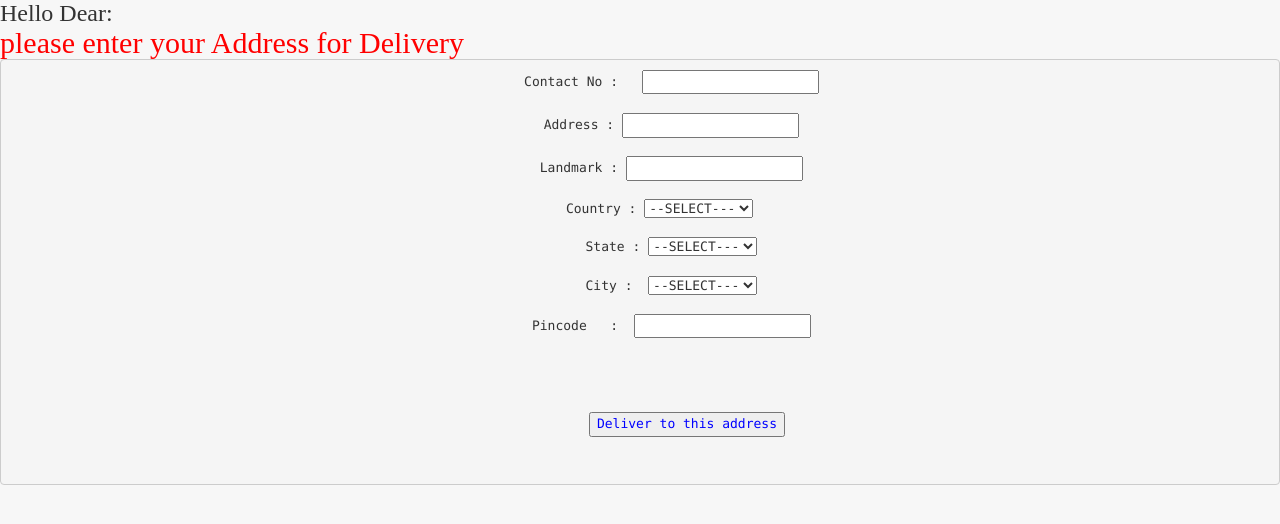
Repository: rasoolshaik06/ecom-application
Page: http://localhost/proceed
An editor plug-in stored every save of this project. The page is shown before and after the next save, followed by the edit.
The browser window is 1280 px wide. The pictures show the whole page.
Some web fonts or font styles are not loaded; a fallback is used. The page is this project's Thymeleaf template; nobody is signed in. The template is opened directly, without the code that normally fills it, so the values that code supplies are empty.

Above is the page before, as saved 2020-05-27 11:36:35.

### ProductManager/src/main/resources/templates/proceed.html
<!DOCTYPE html>
<html>
<head>
<meta charset="ISO-8859-1">
<title>proceed product</title>

<script src="https://ajax.googleapis.com/ajax/libs/jquery/3.4.1/jquery.min.js"></script>
<link href="css/bootstrap.css" rel='stylesheet' type='text/css' />
<!-- jQuery (necessary for Bootstrap's JavaScript plugins) -->
<script src="js/jquery.min.js"></script>
<!-- Custom Theme files -->
<link href="css/style.css" rel="stylesheet" type="text/css" media="all" />
<!-- Custom Theme files -->
<meta name="viewport" content="width=device-width, initial-scale=1">
<meta http-equiv="Content-Type" content="text/html; charset=utf-8" />
<meta name="keywords" content="BOX SHOP Responsive web template, Bootstrap Web Templates, Flat Web Templates, Andriod Compatible web template,
Smartphone Compatible web template, free webdesigns for Nokia, Samsung, LG, SonyErricsson, Motorola web design" />
<script type="application/x-javascript"> addEventListener("load", function() { setTimeout(hideURLbar, 0); }, false); function hideURLbar(){ window.scrollTo(0,1); } </script>
<!--webfont-->
<link href='http://fonts.googleapis.com/css?family=Merriweather:400,300,300italic,400italic,700,700italic,900,900italic' rel='stylesheet' type='text/css'>
<link href='http://fonts.googleapis.com/css?family=Open+Sans:300italic,400italic,600italic,700italic,800italic,400,300,600,700,800' rel='stylesheet' type='text/css'>
<!-- start menu -->
<link href="css/megamenu.css" rel="stylesheet" type="text/css" media="all" />
<script type="text/javascript" src="js/megamenu.js"></script>
<script>$(document).ready(function(){$(".megamenu").megamenu();});</script>
<!-- start slider -->
<script src="js/responsiveslides.min.js"></script>

<link rel="stylesheet" href="../css/etalage.css">
<script src="../js/jquery.etalage.min.js"></script>
<script>
	jQuery(document)
			.ready(
					function($) {

						$('#etalage')
								.etalage(
										{
											thumb_image_width : 300,
											thumb_image_height : 400,
											source_image_width : 800,
											source_image_height : 1000,
											show_hint : true,
											click_callback : function(
													image_anchor, instance_id) {
												alert('Callback example:\nYou clicked on an image with the anchor: "'
														+ image_anchor
														+ '"\n(in Etalage instance: "'
														+ instance_id + '")');
											}
										});

					});
</script>
<link rel="stylesheet" href="../css/flexslider.css" type="text/css"
	media="screen" />
<script type="text/javascript">
	$(window).load(function() {
		$("#flexiselDemo").flexisel({
			visibleItems : 4,
			animationSpeed : 1000,
			autoPlay : true,
			autoPlaySpeed : 3000,
			pauseOnHover : true,
			enableResponsiveBreakpoints : true,
			responsiveBreakpoints : {
				portrait : {
					changePoint : 480,
					visibleItems : 1
				},
				landscape : {
					changePoint : 640,
					visibleItems : 2
				},
				tablet : {
					changePoint : 768,
					visibleItems : 3
				}
			}
		});

	});
</script>
<script type="text/javascript" src="../js/jquery.flexisel.js"></script>
</head>

<script>
$(document).ready(function(){
  $("#country").change(function(){
   // alert("hiii country");
    var countryId = $(this).val();
    //alert(countryId);
    $.ajax({
		type: 'GET',
		url: '/getStates/' + countryId,
		success: function(result) {
			//alert("successed..");
			//alert(result[0].productSubCat)

			var s = '<option value=""> --SELECT--- </option>';
			for(var i = 0; i < result.length; i++) {
				s += '<option value="' + result[i].stateId + '">' + result[i].name + '</option>';
			}

			//alert(s);
			$('#state').html(s);

		}
    });

  });

  $("#state").change(function(){
	    //alert("hiii state");
	    var stateId = $(this).val();
	   // alert(stateId);
	    $.ajax({
			type: 'GET',
			url: '/getCities/' + stateId,
			success: function(result) {
				//alert("successed..");
				//alert(result[0].productSubCat)

				var s = '<option value=""> --SELECT--- </option>';
				for(var i = 0; i < result.length; i++) {
					s += '<option value="' + result[i].cityId + '">' + result[i].name + '</option>';
				}

				//alert(s);
				$('#city').html(s);

			}
	    });

	  });

});
</script>

</head>
<body>


<h3 >Hello Dear:  <span th:text="${user}"></span> </h3>

<!-- <h2 style="color:red;">please Select Some address</h2>

		 	<div th:if="${ads.empty}">
				<p colspan="4"><span style="color:red">No address available</span></p>
				<hr>
			</div> -->
			<div align="center" th:each="cat,catStatus : ${ads}">
				<p style="color:red;">address is <span th:text="${catStatus.index+1}"></span></p>
				<p>H.No : <span th:text="${cat.address}"></span></p>
				<p>Land mark :  <span th:text="${cat.landmark}"></span></p>
				<p>Pin code : <span th:text="${cat.pincode}"></span></p>

				<button style="color: blue;"><a style="text-decoration: none;" href="/buy">Deliver to this address</a></button>

				<hr style="width:20%;text-align:center;">

			</div>

<h2 style="color:red;">please enter your Address for Delivery</h2>


<form action="#" th:object="${add}" method="post" align="center">
		<pre>
	Contact No :   <input type="text" th:field="*{contactNo}">

	Address : <input type="text" th:field="*{address}">

	Landmark : <input type="text" th:field="*{landmark}">

	Country : <select th:field="*{countryId}" id="country">
                         <option value=""> --SELECT--- </option>
                         <option th:each="cat : ${countries}"
                            th:value="${cat.countryId}"
                            th:text="${cat.name}"/>
                  </select>

	State : <select th:field="*{stateId}" id="state">
                         <option value=""> --SELECT--- </option>
                  </select>

	City :	<select th:field="*{cityId}" id="city">
                         <option value=""> --SELECT--- </option>
                  </select>

	Pincode   :  <input type="text" th:field="*{pincode}">




	    <button style="color: blue;">Deliver to this address</button>

	</pre>
	</form>

</body>
</html>

### ProductManager/src/main/resources/static/css/megamenu.css
.megamenu{margin-bottom:0px;padding:0;width:100%;list-style:none;display:inline-block;position:relative;font-size:15px}
.megamenu li{margin-bottom:-5px;display:inline}
.megamenu>li>a{float:left;padding:6px 16px;text-decoration:none;text-transform:capitalize;font-size:1em; -webkit-transition: all 0.3s ease-in-out;
	-moz-transition: all 0.3s ease-in-out;
	-o-transition: all 0.3s ease-in-out;
	transition: all 0.3s ease-in-out;
}
.megamenu>li.active>a{color:#00405d;}
.megamenu>li.right{float:right}
.megamenu .dropdown,.megamenu .dropdown li .dropdown{list-style:none;margin:0;padding:0;display:none;position:absolute;z-index:999;width:160px;border:solid 1px rgba(0,0,0,0.1);background:#fff}
.megamenu .dropdown{top:59px}
.megamenu .dropdown li .dropdown{left:160px;top:inherit}
.megamenu .dropdown li{clear:both;width:100%;border-bottom:solid 1px rgba(0,0,0,0.1)}
.megamenu .dropdown li:last-child{border-bottom:0}
.megamenu .dropdown li a{float:left;width:100%;padding:10px 25px;text-decoration:none;display:block;border:0 none;font-size:14px;color:#444;background:0;-webkit-box-sizing:border-box;-moz-box-sizing:border-box;box-sizing:border-box;transition:color .4s ease-in-out;-moz-transition:color .4s ease-in-out;-webkit-transition:color .4s ease-in-out;-o-transition:color .4s ease-in-out}
.megamenu .dropdown li:hover>a{background:#dbdbdb}
.megamenu>li>.megapanel{position:absolute;display:none;background:#ffffff;box-shadow: 0px 2px 4px #777; width:100.2%;top:33px;left:0px;z-index:99;padding:20px 30px 20px;-webkit-box-sizing:border-box;-moz-box-sizing:border-box;box-sizing:border-box}
.megamenu .megapanel ul{margin:0;padding:0}
.megamenu .megapanel img{width:100%;border:solid 1px #dedede;cursor:pointer;-webkit-transition:border .3s linear;-moz-transition:border .3s linear;-o-transition:border .3s linear;transition:border .3s linear}.megamenu .megapanel img:hover{border:solid 1px #777}.megamenu form.contact input,.megamenu form.contact textarea{font-family:Calibri,Arial;font-size:16px;color:#444;outline:0}
.megamenu form.contact input[type="text"],
.megamenu form.contact textarea{resize:none;width:100%;margin:10px 0;padding:5px 10px;border:solid 1px #dedede;-webkit-box-sizing:border-box;-moz-box-sizing:border-box;box-sizing:border-box;-webkit-transition:border .3s linear;-moz-transition:border .3s linear;-o-transition:border .3s linear;transition:border .3s linear}
.megamenu form.contact input[type="text"]{height:40px}
.megamenu form.contact input[type="text"]:focus,
.megamenu form.contact textarea:focus{border:solid 1px #999}
.megamenu form.contact input[type="submit"]{width:100px;height:35px;border:0;color:#fff;cursor:pointer;background:#999}
.megapanel .row{width:100%;margin-top:15px}
.megapanel .row:first-child{margin-top:0}
.megapanel .row:before,.megapanel .row:after{display:table;content:"";line-height:0}
.megapanel .row:after{clear:both}
.megapanel .row .col1,.megapanel .row .col2,.megapanel .row .col3,.megapanel .row .col4,.megapanel .row .col5,.megapanel .row .col6{display:block;width:100%;min-height:20px;float:left;margin-left:2.127659574468085%;-webkit-box-sizing:border-box;-moz-box-sizing:border-box;box-sizing:border-box}
.megapanel .row [class*="col"]:first-child{margin-left:0}
.megapanel .row .col1{width:100%}
.megapanel .row .col2{width:31.914893617021278%}
.megapanel .row .col3{width:48.93617021276595%}
.megapanel .row .col4{width:65.95744680851064%}
.megapanel .row .col5{width:82.97872340425532%}
.megapanel .row .col6{width:100%}
.megamenu>li.showhide{display:none;width:100%;height:50px;cursor:pointer;color:#555;background:#eee;background:url(data:[embedded picture, 658 characters]);background:-moz-linear-gradient(top,#eee 0,#dbdbdb 100%);background:-webkit-gradient(linear,left top,left bottom,color-stop(0%,#eee),color-stop(100%,#dbdbdb));background:-webkit-linear-gradient(top,#eee 0,#dbdbdb 100%);background:-o-linear-gradient(top,#eee 0,#dbdbdb 100%);background:-ms-linear-gradient(top,#eee 0,#dbdbdb 100%);background:linear-gradient(to bottom,#eee 0,#dbdbdb 100%);filter:progid:DXImageTransform.Microsoft.gradient(startColorstr='#eeeeee',endColorstr='#dbdbdb',GradientType=0)}
.megamenu>li.showhide span.title{margin:15px 0 0 25px;float:left}.megamenu>li.showhide span.icon1:after{position:absolute;content:"";right:25px;top:15px;height:3px;width:25px;font-size:50px;border-top:3px solid #333;border-bottom:3px solid #333;z-index:1}
.megamenu>li.showhide span.icon2:after{position:absolute;content:"";right:25px;top:27px;height:3px;width:25px;font-size:50px;border-top:3px solid #333;border-bottom:3px solid #333;z-index:1}
.skyblue,.skyblue>li.showhide{
}

.skyblue li>a,.skyblue>li.showhide span{color:#555}
.skyblue>li:hover>a,.skyblue .dropdown li:hover>a{color:#555; background:#ffffff;}.
skyblue .megapanel img:hover,.skyblue form.contact input[type="text"]:focus,.skyblue form.contact textarea:focus{}
.skyblue form.contact input[type="submit"]{background:#00405d;text-transform:uppercase;}
@media(max-width:1024px){
	.megamenu>li>a {
		padding: 8px 16px;
	}
}
@media(max-width:800px){
	.megamenu>li>a {
		padding: 8px 8px;
	}
}
@media(max-width:768px){
	.megamenu>li{display:block;width:100%;border-bottom:solid 1px rgba(0,0,0,0.1);box-sizing:border-box;-moz-box-sizing:border-box;-webkit-box-sizing:border-box}
	.megamenu>li:hover,.megamenu>li.active{border-top:0}
	.megamenu>li>a{padding:15px 25px}
	.megamenu>li:hover>a,.megamenu>li.active>a{padding:15px 25px}
	.megamenu a{width:100%;box-sizing:border-box;-moz-box-sizing:border-box;-webkit-box-sizing:border-box}
	.megamenu .dropdown,.megamenu .dropdown li .dropdown{width:100%;display:none;left:0;border-left:0;position:static;border:0;box-sizing:border-box;-moz-box-sizing:border-box;-webkit-box-sizing:border-box}
	.megamenu .dropdown li{background:#fff!important;border:0}
	.megamenu .dropdown>li>a{padding-left:40px!important}
	.megamenu>li>.megapanel{position:static;margin-top:50px}
	.megapanel .row [class*="col"]{float:none;display:block;width:100%;margin-left:0;margin-top:15px;-webkit-box-sizing:border-box;-moz-box-sizing:border-box;box-sizing:border-box}
	.megapanel .row:first-child [class*="col"]:first-child{margin-top:0}
	.megapanel .row{margin-top:0}.black{background:#222}
	.megamenu>li.showhide span.title {
		margin: 10px 0 0 15px;
	}
	.megamenu>li.showhide span.icon1:after {
		top: 12px;
		right:15px;
	}
	.megamenu>li.showhide span.icon2:after {
	    top:23px;
	    right:15px;
	}
	.megamenu>li.showhide {
		height: 40px;
	}
}
/* start megamenu colors */
.skyblue li a.color1:hover{
	background:#EF5F21;
	color: #ffffff;
}
.skyblue li a.color2:hover{
	background:#589D3E;
	color: #ffffff;
}
.skyblue li a.color3:hover{
	background:#00ACED;
	color: #ffffff;
}
.skyblue li a.color4:hover{
	background:#D61F85;
	color: #ffffff;
}
.skyblue li a.color5:hover{
	background:#F89F1B;
	color: #ffffff;
}
.skyblue li a.color6:hover{
	background:#00677C;
	color: #ffffff;
}
.skyblue li a.color7:hover{
	background:#D5331D;
	color: #ffffff;
}
.skyblue li a.color8:hover{
	background:#00405d;
	color: #ffffff;
}
.skyblue li a.color9:hover{
	background:#9CB43A;
	color: #ffffff;
}
.skyblue li a.color10:hover{
	background:#26BC85;
	color: #ffffff;
}
/*-- responsive-design-starts-here --*/

@media screen and (max-width: 1366px) {
	.megamenu>li>a {
		padding: 6px 15px;
	}
	.megamenu>li>.megapanel {
		top: 30px;
	}
}
@media screen and (max-width: 1280px) {
	.megamenu>li>a {
		padding: 6px 14px;
	}
}
@media screen and (max-width: 1024px) {
	.megamenu>li>a {
		padding: 6px 7px;
	}
	.megamenu>li>.megapanel {
		width: 111.2%;
		left: -50px;
	}
}
@media screen and (max-width: 800px) {
	.megamenu>li>a {
		padding: 6px 4px;
	}
	.megamenu>li>.megapanel {
		width: 100%;
		left: 3px;
	}
}
@media screen and (max-width: 768px) {
.megapanel .row .col1, .megapanel .row .col2, .megapanel .row .col3, .megapanel .row .col4, .megapanel .row .col5, .megapanel .row .col6{
	min-height:0;
}
}

### ProductManager/src/main/resources/static/css/etalage.css
/*
 * Title: jQuery Etalage plugin CSS
 * Author: Berend de Jong, Frique
 * Author URI: http://www.frique.me/
 * Version: 1.3.1 (20120705.1)
 *
 * ------------------------------------ STYLE ------------------------------------
 * Edit this section to style your thumbnails, zoom area, magnifier etc.
 * If the id of your Etalage instance is different, do a find/replace on #etalage.
 * -------------------------------------------------------------------------------
 */

/* Etalage container (large thumb + small thumbs): */
#etalage{
	display: none;
}

/* Large thumbnail: */
#etalage .etalage_thumb{
	background: white url(../images/loading.gif) center no-repeat;

}

/* Large thumbnail - image (in case you want to add a border around the image within the frame) */
#etalage .etalage_thumb_image{ }

/* Small thumbnails: */
#etalage .etalage_small_thumbs li{

	border: 1px solid #BBC4C9;
	margin: 10px;
	border-radius:5px;
	cursor:pointer;
}
/* The one on the left that makes them slide */
#etalage ul li.etalage_smallthumb_first{ }
/* The one on the right that makes them slide */
#etalage ul li.etalage_smallthumb_last{ }
/* The currently active one */
#etalage ul li.etalage_smallthumb_active{

}

/* Zoomed image area: */
#etalage .etalage_zoom_area,
.etalage_zoom_area{
	background: white url(../images/loading.gif) center no-repeat;

}

/* Magnifier area (thumbnail hovering rectangle): */
#etalage .etalage_magnifier{
	background: white;
	border: 1px solid #bbb;
}

/* Icon that will apear at the left bottom of the large thumbnail (optional): */
#etalage .etalage_icon{
	background: url(../images/zoom.png) no-repeat;
	width: 104px;
	height: 104px;
}

/* Hint that will apear at the top right of the large thumbnail (optional): */
#etalage .etalage_hint{
	background: url(../images/hint.gif) no-repeat;
	width: 130px;
	height: 57px;
}

/* Description area (optional) */
#etalage .etalage_description{
	background: white;
	font-style: italic;
	margin: 10px;
	padding: 6px 10px;
}

/*
 * ------------------------------------ FUNCTIONALITY --------------------------------------
 * The following CSS serves to make Etalage function properly. Don't edit or edit carefully.
 * -----------------------------------------------------------------------------------------
 */

.etalage, .etalage_thumb, .etalage_thumb_image, .etalage_source_image, .etalage_zoom_preview, .etalage_icon, .etalage_hint{ display:none }
 .etalage_source_image{
 	display:none !important;
 }
.etalage, .etalage ul, .etalage li, .etalage img, .etalage_hint, .etalage_icon, .etalage_description{ margin:0; padding:0; border:0; list-style:none }
.etalage, .etalage_magnifier div, .etalage_magnifier div img, .etalage_small_thumbs ul, ul .etalage_small_thumbs li, .etalage_zoom_area div, .etalage_zoom_img{ position:relative }
.etalage img, .etalage li{ -webkit-user-select:none; -khtml-user-select:none; -moz-user-select:none; -o-user-select:none; user-select:none; -webkit-user-drag:none; -moz-user-drag:none; user-drag:none }
.etalage, .etalage_small_thumbs li{ float:left }
.etalage_small_thumbs li img{
	width:65px !important;
	height:90px !important;
}
.etalage_small_thumbs{
	width:100% !important;
}
.etalage_right{ float:right }
.etalage li{ position:absolute }
.etalage img{ vertical-align:bottom; max-width:none; }
.etalage_thumb_image{
	width:100% !important;
}
.etalage_zoom_area div{
	width:630px !important;
	height:500px !important;
}
.etalage_magnifier{ cursor:default }
.etalage_magnifier div, .etalage_small_thumbs{ overflow:hidden }
.etalage_magnifier div img{ display:none }
.etalage_icon, .etalage_hint{ cursor:default; width:0; height:0; overflow:hidden }
.etalage_small_thumbs li.vertical{ float:none }
.etalage_zoom_area{ z-index:996 }
.etalage_zoom_area div{ overflow:hidden; z-index:997 }
.etalage_zoom_preview{ position:absolute; z-index:998 }
.etalage_zoom_img, .etalage_hint{ z-index:999 }
.etalage{ direction:ltr; }
div.etalage_description{ position:absolute; bottom:0; left:0; z-index:999 }
div.etalage_description.rtl{ direction:rtl; text-align:right }

@media only screen and (max-width: 1280px) {
.etalage_zoom_area div{
	width:520px !important;
	height:500px !important;
}
@media only screen and (max-width: 1024px) {
.etalage_zoom_area div{
	width:610px !important;
	height:500px !important;
}
@media only screen and (max-width: 800px) {
.etalage_zoom_area div{
	width:402px !important;
	height:500px !important;
}
}
@media only screen and (max-width:768px) {
.etalage_zoom_area div{
	width:385px !important;
	height:500px !important;
 }
}
@media only screen and (max-width: 640px) {
.etalage_zoom_area div{
	width:270px !important;
	height:515px !important;
 }
}
@media only screen and (max-width: 480px) {
 .etalage_zoom_area div{
	display:none;
 }
}
 @media only screen and (max-width: 320px) {
  ul#etalage {
	width: 100%;
}

 #etalage .etalage_thumb{
 	width:100% !important;
 }
.etalage_small_thumbs li img {
width: 72px !important;
height: 90px !important;
}
.details-left-slider {
float: left;
width: 100%;
}
ul#etalage{
	width:220px!important;
}
.details-left-info {
width: 100%;
}

}

### ProductManager/src/main/resources/static/css/flexslider.css
/*
 * jQuery FlexSlider v2.0
 * http://www.woothemes.com/flexslider/
 *
 * Copyright 2012 WooThemes
 * Free to use under the GPLv2 license.
 * http://www.gnu.org/licenses/gpl-2.0.html
 *
 * Contributing author: Tyler Smith (@mbmufffin)
 */
/* Browser Resets */
.flex-container a:active,
.flexslider a:active,
.flex-container a:focus,
.flexslider a:focus  {outline: none;}
.slides,
.flex-control-nav,
.flex-direction-nav {margin: 0; padding: 0; list-style: none;}

/* FlexSlider Necessary Styles
*********************************/
.flexslider {margin: 0; padding: 0;}
.flexslider .slides > li {display: none; -webkit-backface-visibility: hidden;} /* Hide the slides before the JS is loaded. Avoids image jumping */
.flexslider .slides img {width: 100%; display: block;border-radius: 5px;}
.flex-pauseplay span {text-transform: capitalize;}

/* Clearfix for the .slides element */
.slides:after {content: "."; display: block; clear: both; visibility: hidden; line-height: 0; height: 0;}
html[xmlns] .slides {display: block;}

/* No JavaScript Fallback */
/* If you are not using another script, such as Modernizr, make sure you
 * include js that eliminates this class on page load */
.no-js .slides > li:first-child {display: block;}


/* FlexSlider Default Theme
*********************************/
.flexslider {margin: 0 0 60px; background: #fff; position: relative; -webkit-border-radius: 4px; -moz-border-radius: 4px; -o-border-radius: 4px; border-radius: 4px; ,0,0,.2); zoom: 1;}
.flex-viewport {max-height:1500px; -webkit-transition: all 1s ease; -moz-transition: all 1s ease; transition: all 1s ease;}
.loading .flex-viewport {max-height: 300px;}
.flexslider .slides {zoom: 1;}
.carousel li {margin-right: 5px}
/* Direction Nav */
.flex-direction-nav a {width: 30px; height: 30px; margin: -20px 0 0; display: block; background: url(../images/bg_direction_nav.png) no-repeat 0 0; position: absolute; top: 50%; cursor: pointer; text-indent: -9999px; opacity: 0; -webkit-transition: all .3s ease;}
.flex-direction-nav .flex-next {background-position: 100% 0; right: -36px; }
.flex-direction-nav .flex-prev {left: -36px;}
.flexslider:hover .flex-next {opacity: 0.8; right: 5px;}
.flexslider:hover .flex-prev {opacity: 0.8; left: 5px;}
.flexslider:hover .flex-next:hover, .flexslider:hover .flex-prev:hover {opacity: 1;}
.flex-direction-nav .disabled {opacity: .3!important; filter:alpha(opacity=30); cursor: default;}

/* Control Nav */
.flex-control-nav {width: 100%; position: absolute; bottom: -40px; text-align: center;}
.flex-control-nav li {margin: 0 6px; display: inline-block; zoom: 1; *display: inline;}
.flex-control-paging li a {width: 11px; height: 11px; display: block;  background: #C5C5C5; cursor: pointer; text-indent: -9999px; -webkit-border-radius: 20px; -moz-border-radius: 20px; -o-border-radius: 20px; border-radius: 20px; box-shadow: inset 0 0 3px rgba(0,0,0,0.3);}
.flex-control-paging li a:hover { background: #2DBEEA; }
.flex-control-paging li a.flex-active { background: #2DBEEA; cursor: default; }

.flex-control-thumbs {margin: 5px 0 0; position: static; overflow: hidden;}
.flex-control-thumbs li {width: 25%; float: left; margin: 0;}
.flex-control-thumbs img {width: 100%; display: block; opacity: .7; cursor: pointer;}
.flex-control-thumbs img:hover {opacity: 1;}
.flex-control-thumbs .active {opacity: 1; cursor: default;}

@media screen and (max-width: 860px) {
  .flex-direction-nav .flex-prev {opacity: 1; left: 0;}
  .flex-direction-nav .flex-next {opacity: 1; right: 0;}
}
@media screen and (max-width: 800px) {
  .flexslider .slides img {width: 74%;margin-left: 17%;}
}
@media screen and (max-width: 320px) {
.flexslider .slides img {
		width: 90%;
		margin-left: 8.5%;
	}
	.flex-control-paging li a {
		width: 9px;
		height: 9px;
	}
}

Loaded but not shown: ProductManager/src/main/resources/static/css/bootstrap.css (library); ProductManager/src/main/resources/static/js/jquery.min.js (library); ProductManager/src/main/resources/static/js/responsiveslides.min.js (library); ProductManager/src/main/resources/static/js/jquery.etalage.min.js (library); ProductManager/src/main/resources/static/js/jquery.flexisel.js (library); ProductManager/src/main/resources/static/js/megamenu.js (1 lines, source omitted); ProductManager/src/main/resources/static/css/style.css (4172 lines, source omitted)

After the next save:
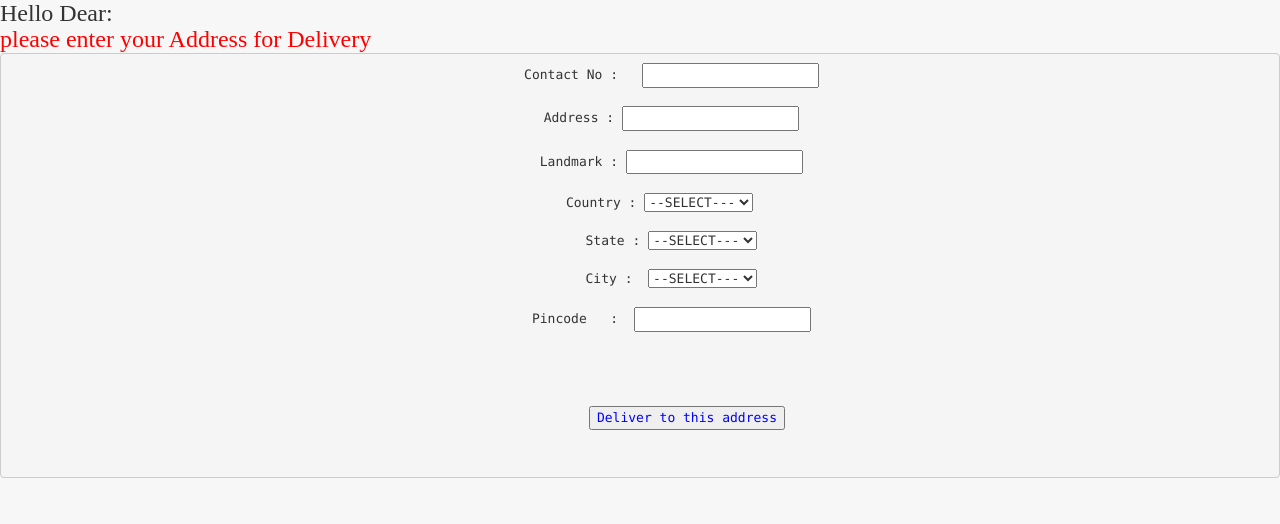
Saved 2 min 8 s later.
--- a/ProductManager/src/main/resources/templates/proceed.html
+++ b/ProductManager/src/main/resources/templates/proceed.html
@@ -161,7 +161,7 @@ $(document).ready(function(){
 
 			</div>
 
-<h2 style="color:red;">please enter your Address for Delivery</h2>
+<h3 style="color:red;">please enter your Address for Delivery</h3>
 
 
 <form action="#" th:object="${add}" method="post" align="center">
